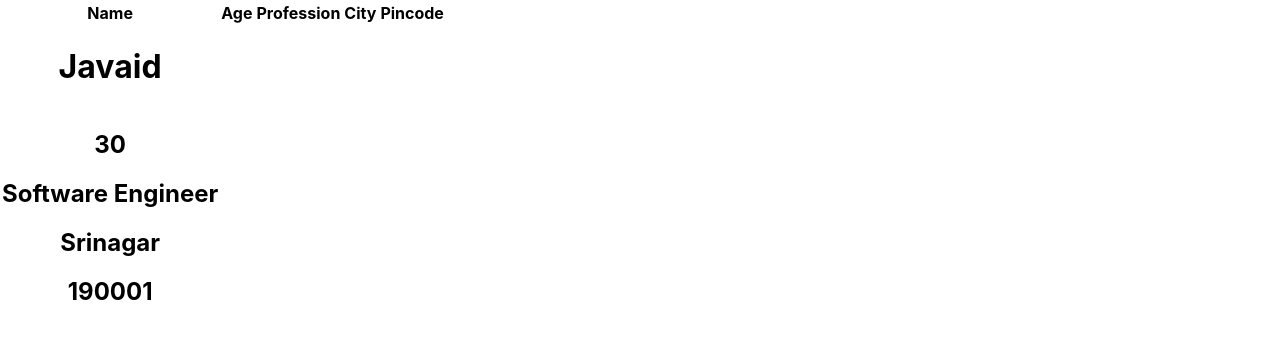
Repository: JavaidAhmadKhan/framer-motion-reacr
Page: /
The author's editor kept a copy of each file at every save. The page is drawn from the files as they stood at one save, then again after a run of saves.
The browser window is 1280 px wide. The pictures show the whole page.
The project was rebuilt for these pictures with package versions that can differ from the ones it lists, and the page was loaded fresh each time.

Above is the page before, as saved 2022-05-19 17:29:06.

### src/App.js
import { Component } from "react";

import "./App.css";
class App extends Component {
  constructor() {
    console.log("constructor");
    super();
    console.log("super");
    this.state = {
      name: "Javaid",
      age: 30,
      profession: "Software Engineer",
      address: {
        city: "Srinagar",
        pincode: "190001",
      },
    };
  }

  render() {
    console.log("render");
    return (
      <div className="App">
        <table>
          <th>Name</th>
          <th>Age</th>
          <th>Profession</th>
          <th>City</th>
          <th>Pincode</th>
          <tr>
            <h1>{this.state.name}</h1>
          </tr>
          <h2>{this.state.age}</h2>
          <h2>{this.state.profession}</h2>
          <h2>{this.state.address.city}</h2>
          <h2>{this.state.address.pincode}</h2>
        </table>
      </div>
    );
  }
}

export default App;

Loaded but not shown: public/index.html (common file); src/index.js (common file); src/index.css (common file); src/reportWebVitals.js (common file); src/App.css (common file)

After the next 2 saves:
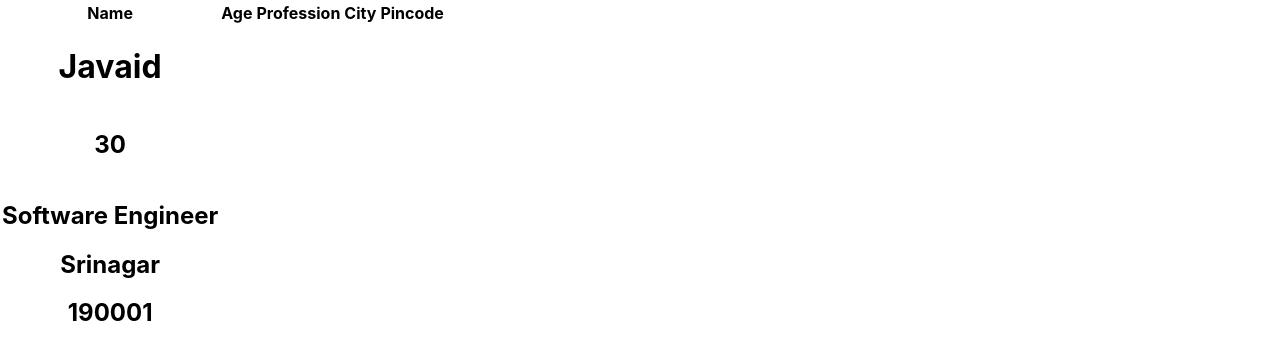
The 2 saves are shown as one change because they came seconds apart.
The last was saved 13 s later.
--- a/src/App.js
+++ b/src/App.js
@@ -30,7 +30,9 @@ class App extends Component {
           <tr>
             <h1>{this.state.name}</h1>
           </tr>
-          <h2>{this.state.age}</h2>
+          <tr>
+            <h2>{this.state.age}</h2>
+          </tr>
           <h2>{this.state.profession}</h2>
           <h2>{this.state.address.city}</h2>
           <h2>{this.state.address.pincode}</h2>
